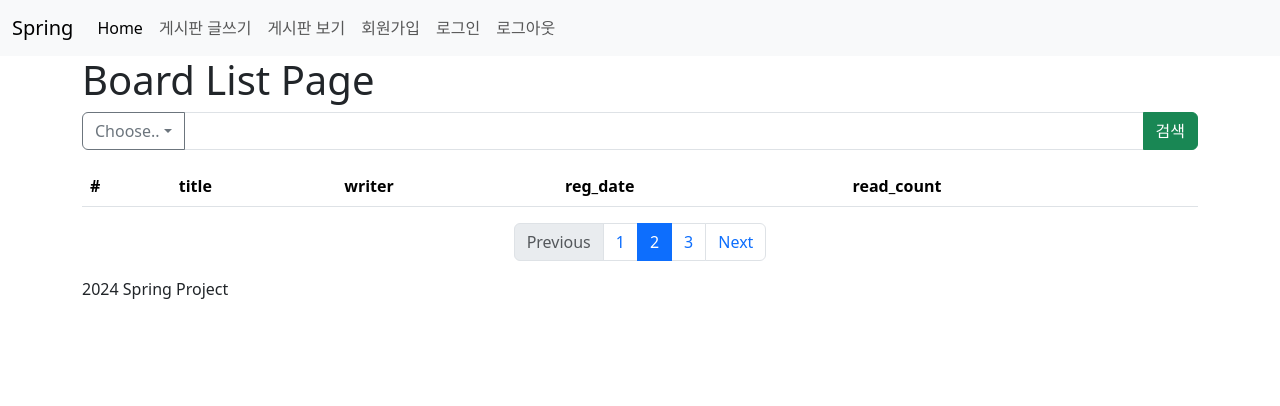
Repository: havanara/240423_SPRING_Project
Page: http://localhost/spring_study/WEB-INF/views/board/list.jsp
The author's editor kept a copy of each file at every save. The page is drawn from the files as they stood at one save, then again after the next save.
The browser window is 1280 px wide. The pictures show the whole page.
The page is served by Tomcat 9. Nobody is signed in. The template is opened directly, without the code that normally fills it, so the values that code supplies are empty.

Above is the page before, as saved 2024-04-24 08:27:27.

After the next save:
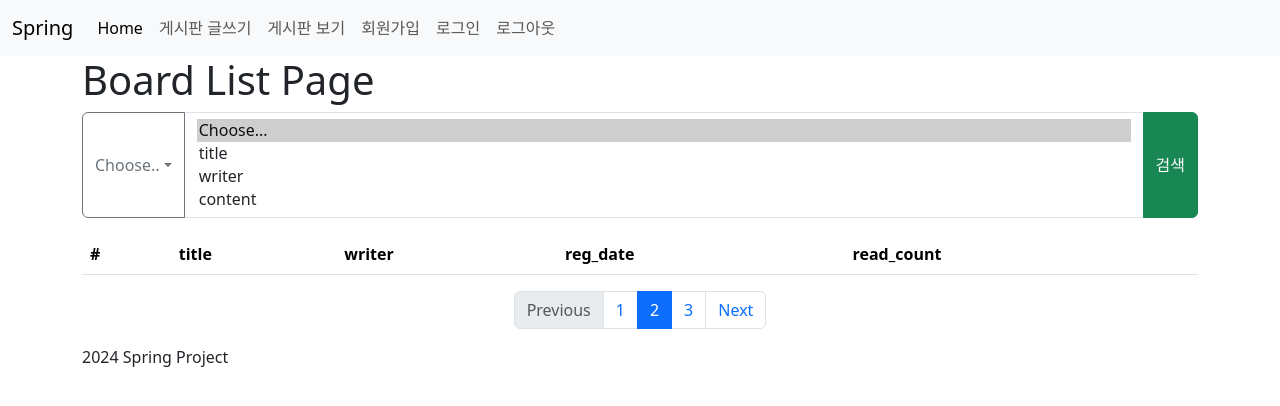
Saved 4 min 38 s later.
--- a/spring_study/src/main/webapp/WEB-INF/views/board/list.jsp
+++ b/spring_study/src/main/webapp/WEB-INF/views/board/list.jsp
@@ -11,12 +11,12 @@
 	<form action="">
 		<div class="input-group mb-3">
 		  <button class="btn btn-outline-secondary dropdown-toggle" type="button" data-bs-toggle="dropdown" aria-expanded="false">Choose..</button>
-		  <ul class="dropdown-menu">
-		    <li><a class="dropdown-item" href="#">title</a></li>
-		    <li><a class="dropdown-item" href="#">writer</a></li>
-		    <li><a class="dropdown-item" href="#">content</a></li>
-		  </ul>
-		  <input type="text" class="form-control" aria-label="Text input with dropdown button">
+			<select class="form-select" multiple aria-label="Multiple select example">
+			  <option selected>Choose...</option>
+			  <option value="1">title</option>
+			  <option value="2">writer</option>
+			  <option value="3">content</option>
+			</select>
 		  <button type="button" class="btn btn-success">검색</button>
 		</div>
 	</form>
